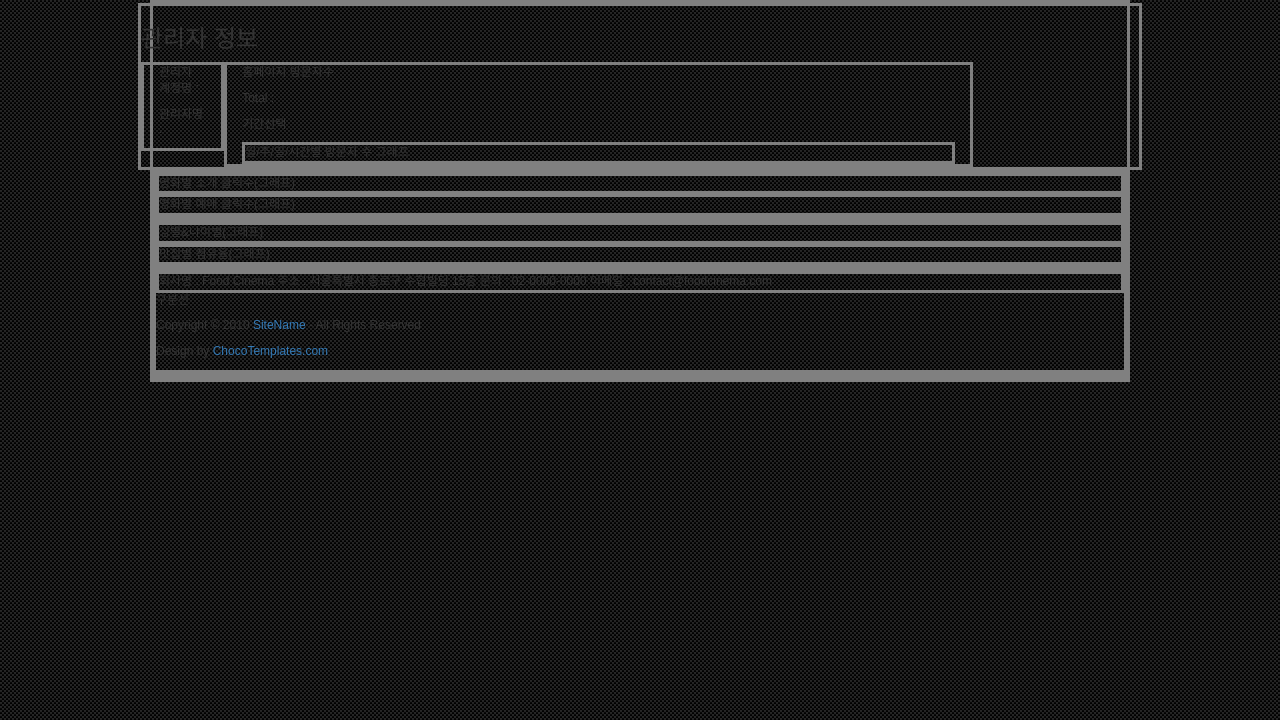
Repository: fhwang2/WEB
Page: http://localhost/FoodCinema/admin.jsp
The author's editor kept a copy of each file at every save. The page is drawn from the files as they stood at one save, then again after the next save.
The browser window is 1280 px wide. The pictures show the whole page.
The page is served by Tomcat 9.

Above is the page before, as saved 2019-07-11 09:43:10.

After the next save:
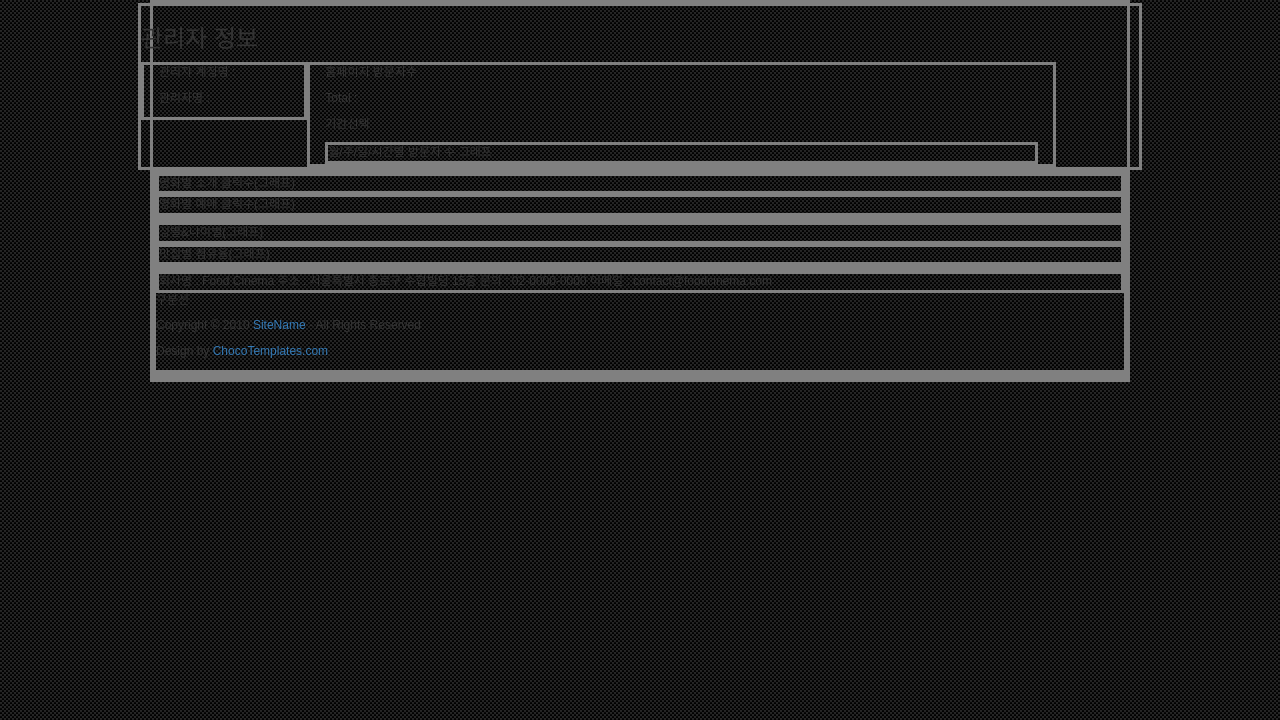
Saved 17 s later.
--- a/FoodCinema/WebContent/admin.jsp
+++ b/FoodCinema/WebContent/admin.jsp
@@ -50,7 +50,7 @@ div {
 		</div> -->
 		<div id="admin_total" class="row">
 			<h3>관리자 정보</h3>
-			<div id="admin_info" class="col-sm-1">
+			<div id="admin_info" class="col-sm-2">
 
 				<p class="">
 					관리자 계정명 :
